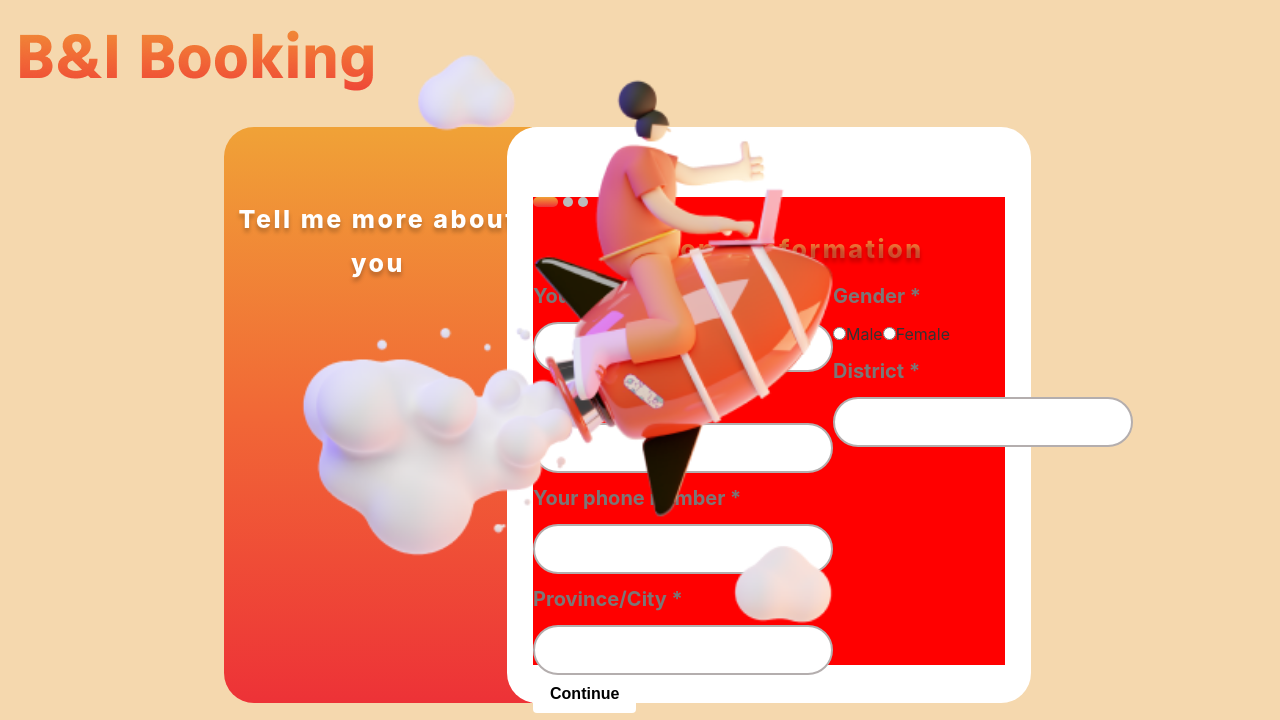
Repository: Grand-Line-PNV/FE-BIBooking
Page: /
These files come from the project's save history. The page is drawn as it stood at one moment and after the next save; the edit follows.
The browser window is 1280 px wide. The pictures show the whole page.
The project was rebuilt for these pictures with package versions that can differ from the ones it lists, and the page was loaded fresh each time. Also part of the build but not shown: src/App.css.

Above is the page before, as saved 2023-02-06 09:43:40.

After the next save:
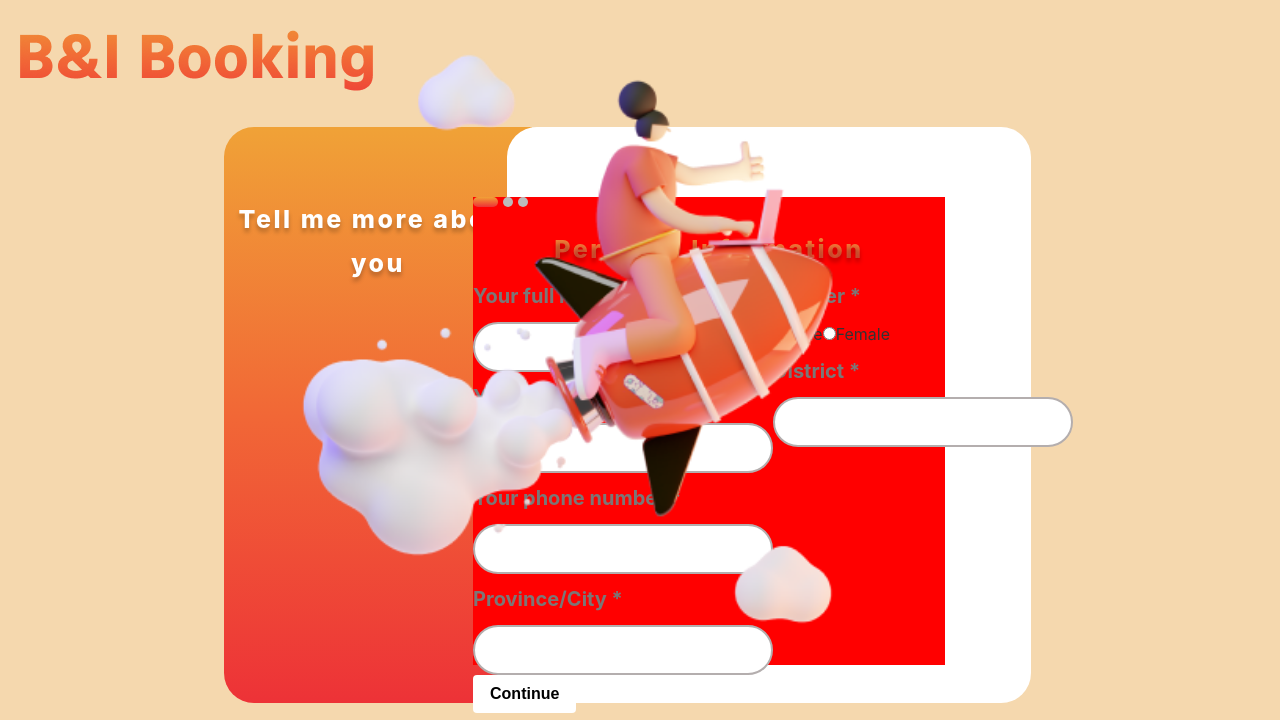
Saved 30 s later.
--- a/src/view/pages/Influencers/PersonalInformation/PersonalInformation.module.scss
+++ b/src/view/pages/Influencers/PersonalInformation/PersonalInformation.module.scss
@@ -73,6 +73,7 @@
           margin-top: 70px;
           position: relative;
         //   z-index: 99;
+        transform: translateX(-60px);
           background-color: red;
           & .dots {
             display: flex;

After the save that followed:
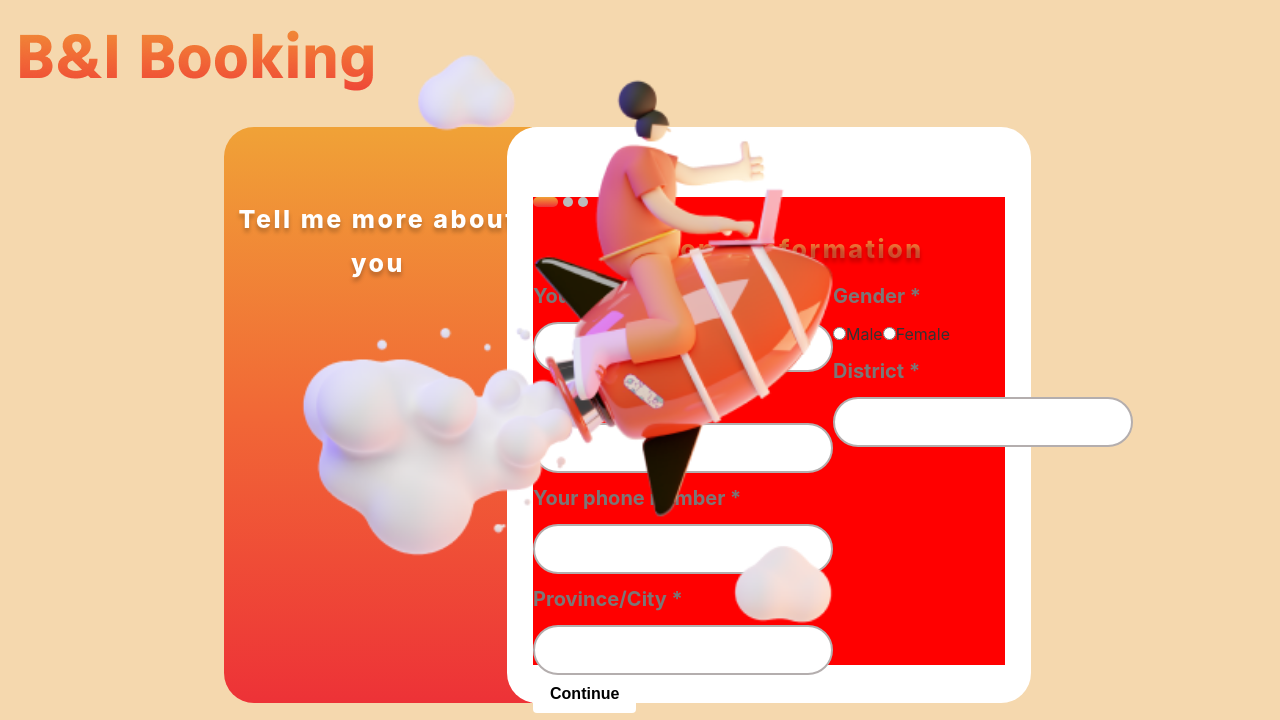
Saved 9 s later.
--- a/src/view/pages/Influencers/PersonalInformation/PersonalInformation.module.scss
+++ b/src/view/pages/Influencers/PersonalInformation/PersonalInformation.module.scss
@@ -73,7 +73,7 @@
           margin-top: 70px;
           position: relative;
         //   z-index: 99;
-        transform: translateX(-60px);
+        transform: translateX(0px);
           background-color: red;
           & .dots {
             display: flex;
